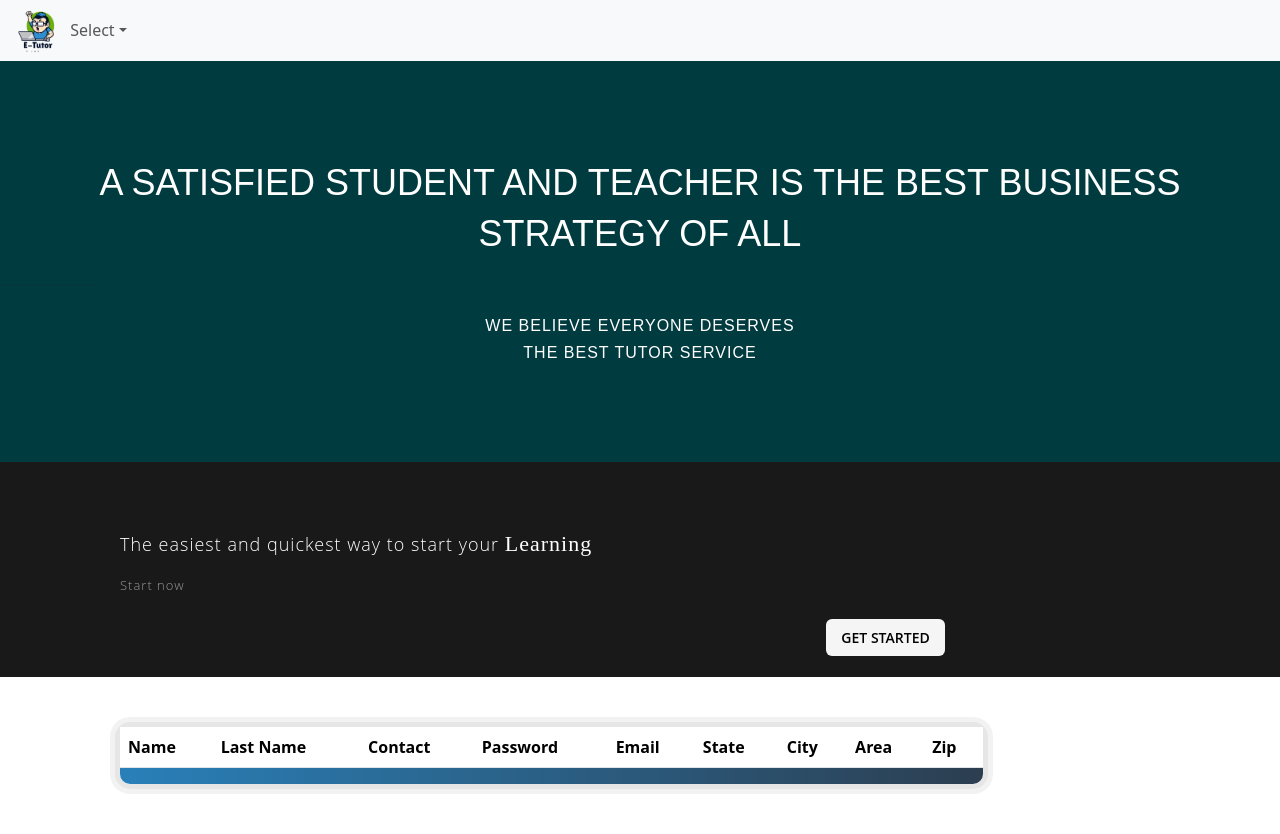
Repository: shailesh89-art/E-tutor-springboot-hibernate
Page: http://localhost/TUTOR_INVENTOR_1/pages/parent_Admin_edit.jsp
An editor plug-in stored every save of this project. The page is shown before and after the next save, followed by the edit.
The browser window is 1280 px wide. The pictures show the whole page.
Some web libraries are served in a nearby version. The page is served by Tomcat 9. The template is opened directly, without the code that normally fills it, so the values that code supplies are empty.

Above is the page before, as saved 2023-05-03 14:11:18.

After the next save:
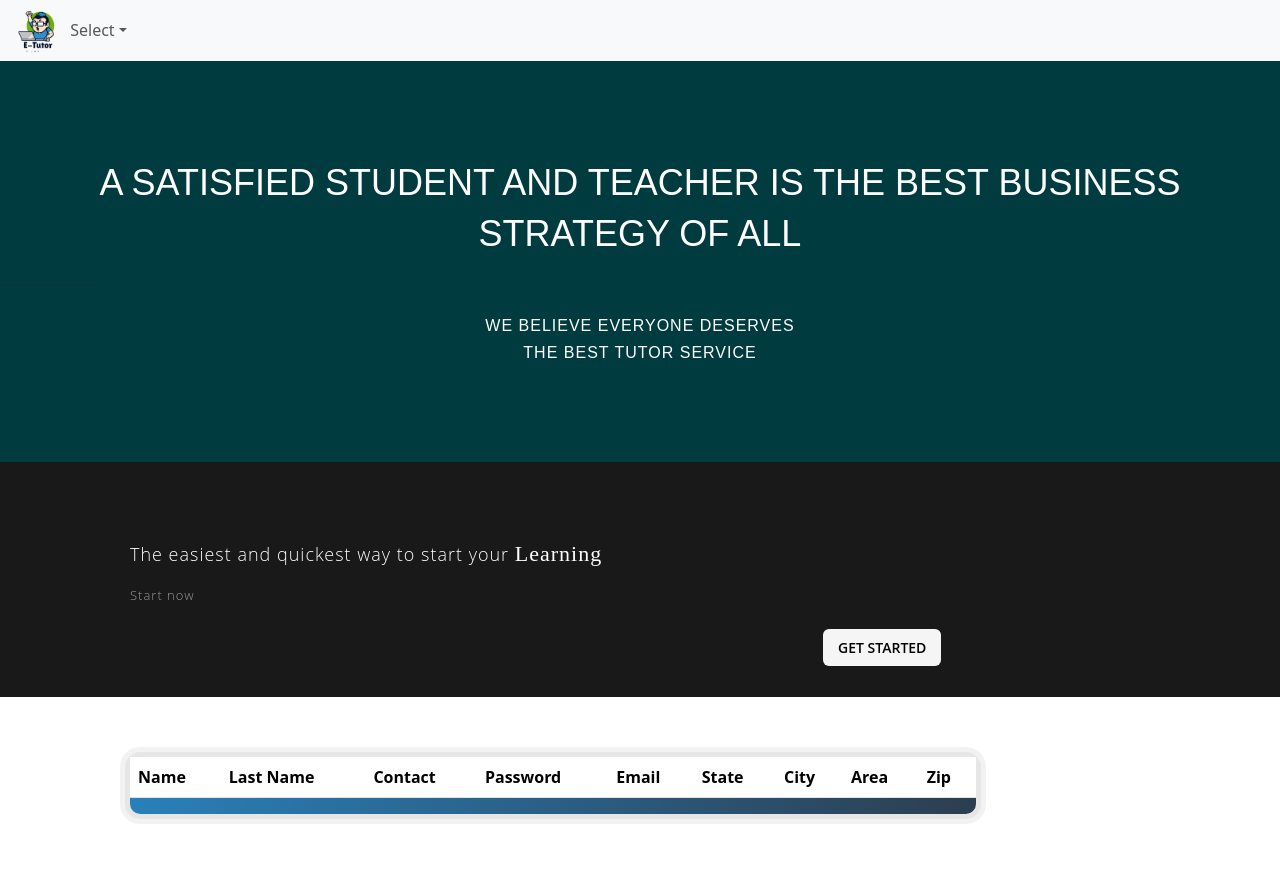
Saved 26 s later.
--- a/TUTOR_INVENTOR_1/src/main/webapp/pages/parent_Admin_edit.jsp
+++ b/TUTOR_INVENTOR_1/src/main/webapp/pages/parent_Admin_edit.jsp
@@ -364,8 +364,8 @@
 }
 .container{
 
-   padding-lef:14px;
-    padding:50px;
+
+    padding:60px;
 }
  #logo{
         width: 4%;
